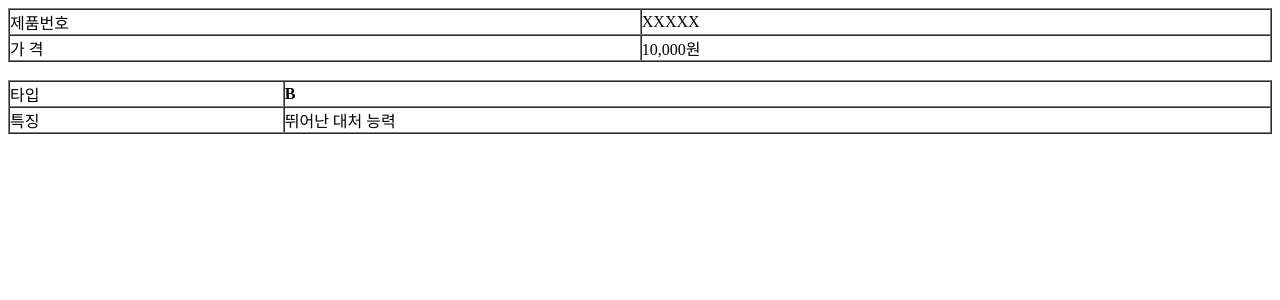
Repository: noopzzya/study_jsp_globalin
Page: http://localhost/ServletProject/temp/template/info_view.jsp
An editor plug-in stored every save of this project. The page is shown before and after a run of saves, followed by the edit.
The browser window is 1280 px wide. The pictures show the whole page.
The page is served by Tomcat 9.

Above is the page before, as saved 2023-02-01 06:17:04.

After the next 5 saves:
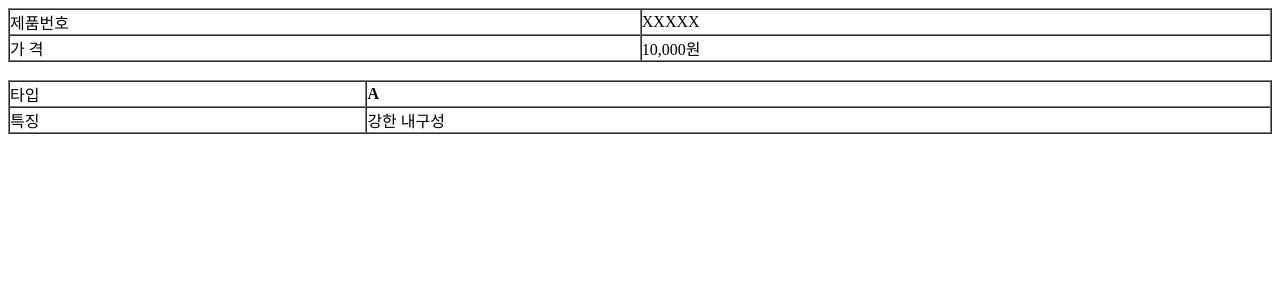
The 5 saves are shown as one change because 4 did not build or start.
The last was saved 2 min 5 s later.
--- a/ServletProject/src/main/webapp/temp/template/info_view.jsp
+++ b/ServletProject/src/main/webapp/temp/template/info_view.jsp
@@ -14,6 +14,8 @@
 </table>
 
 <jsp:include page="infoSub.jsp" flush="false">
-	<jsp:param value="B" name="type"/>
+
+	<jsp:param value="A" name="type"/>
+
 
 </jsp:include>
